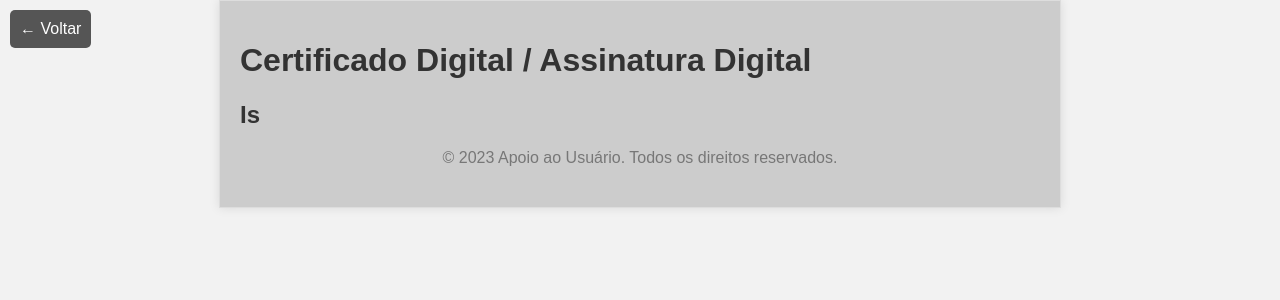
Repository: I4guito/dicasdez
Page: Dicas site/Dicas/certificadoeassinatura.html
These files come from the project's save history. The page is drawn as it stood at one moment and after the next save; the edit follows.
The browser window is 1280 px wide. The pictures show the whole page.

Above is the page before, as saved 2023-12-06 12:16:19.

After the next save:
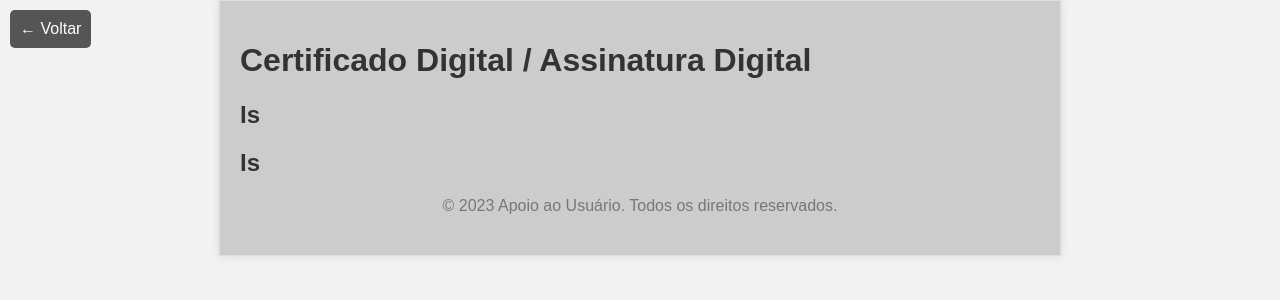
Saved 5 s later.
--- a/Dicas site/Dicas/certificadoeassinatura.html
+++ b/Dicas site/Dicas/certificadoeassinatura.html
@@ -21,6 +21,15 @@
                 <li></li>
             </ul>
         </section>
+
+        <section>
+            <h2>Is</h2>
+            <p></p>
+            <ul>
+                <li></li>
+                <li></li>
+            </ul>
+        </section>
         <footer>
             <p>&copy; 2023 Apoio ao Usuário. Todos os direitos reservados.</p>
         </footer>
